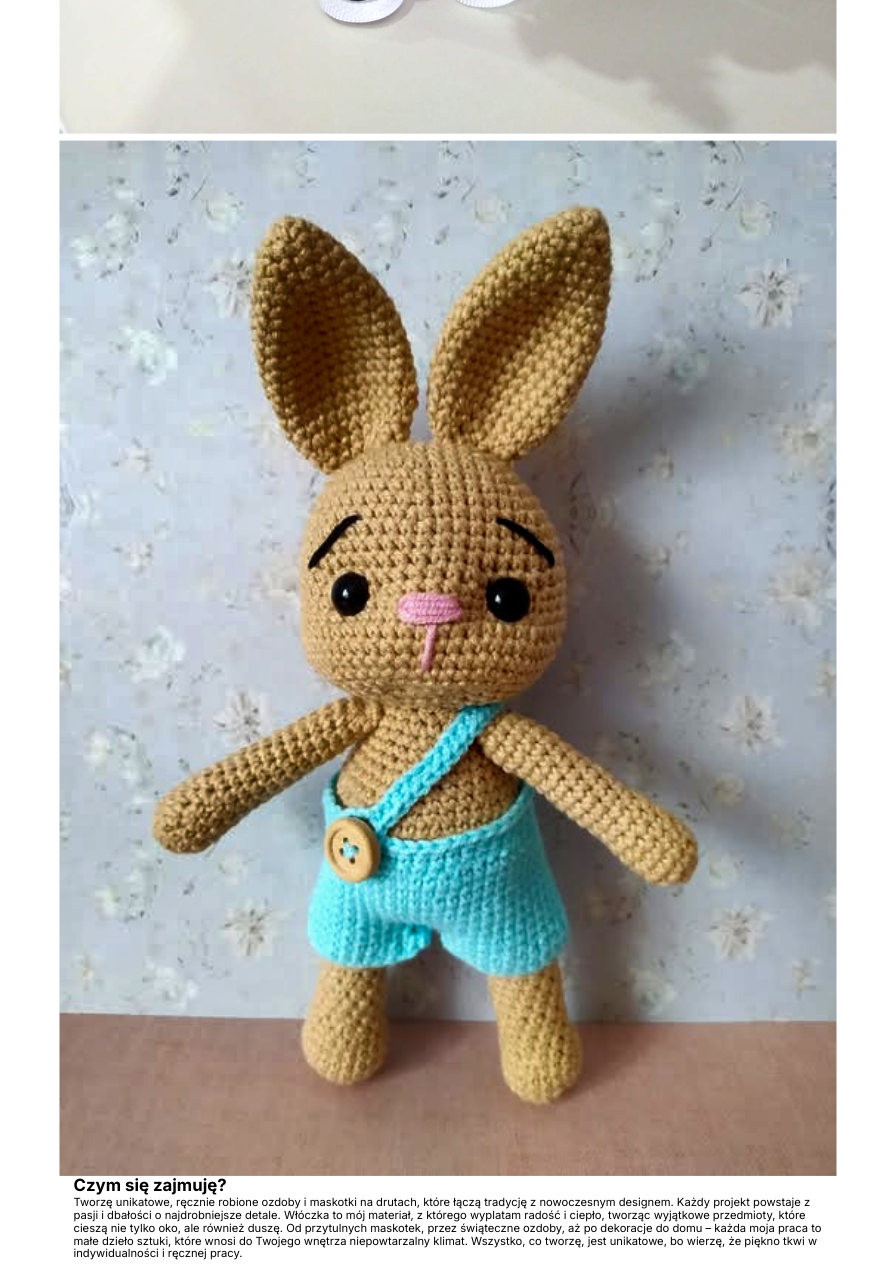
Repository: KlaudiaK0205/Craftoszet
Page: index.html
These files come from the project's save history. The page is drawn as it stood at one moment and after the next save; the edit follows.
The browser window is 1280 px wide. The pictures show the part of the page from y = 2337 to 4257 px (the page is 4157 px tall before and 4257 px after), at 70% of full size.
Some web libraries are served in a nearby version. The style sheet was rebuilt from its Sass, Less or Tailwind sources for each picture, by a compiler version that may differ from the author's.

Above is the page before, as saved 2024-10-06 12:38:08.

### index.html
<!DOCTYPE html>
<html lang="en">
<head>
    <meta charset="UTF-8">
    <meta name="viewport" content="width=device-width, initial-scale=1.0">
    <title>Craftoszet</title>
    <!-- FAVICON -->
    <link rel="icon" href="./images/favicon.ico" type="image/x-icon">
    <link rel="icon" siezes="16x16" href="./images/favicon-16x16.png" type="image/png">
    <link rel="icon" siezes="32x32" href="./images/favicon-32x32.png" type="image/png">
    <!-- GOOGLE FONTS -->
    <link rel="preconnect" href="https://fonts.googleapis.com">
    <link rel="preconnect" href="https://fonts.gstatic.com" crossorigin>
    <link href="https://fonts.googleapis.com/css2?family=Inter:ital,opsz,wght@0,14..32,100..900;1,14..32,100..900&family=Sacramento&display=swap" rel="stylesheet">
    <!-- MODERN NORMALIZE -->
    <link rel="stylesheet" href="https://cdn.jsdelivr.net/npm/modern-normalize@3.0.1/modern-normalize.min.css">
    <!-- ANIMATE-->
    <link rel="stylesheet" href="https://cdnjs.cloudflare.com/ajax/libs/animate.css/4.1.1/animate.min.css"/>
    <!-- STYLES -->
    <link rel="stylesheet" href="./sass/main.css">
</head>
<body>
    <header>
        <div class="container">
            <div class="logo-box">
                <img class="logo-image" src="./images/logo.png" alt="a ball of wool">
            </div>
            <nav class="nav">
                <ul class="nav__list">
                    <li class="nav__list__item">
                        <a href="" class="nav__list__link">Home</a>
                    </li>
                    <li class="nav__list__item">
                        <a href="" class="nav__list__link">Czym się zajmuję?</a>
                    </li>
                    <li class="nav__list__item">
                        <a href="" class="nav__list__link">Jak zamówić?</a>
                    </li>
                    <li class="nav__list__item">
                        <a href="" class="nav__list__link">Moje projekty</a>
                    </li>
                </ul>
            </nav>

            <button class="orderBtn" type="button">Złóż zamówienie</button>
        </div>
    </header>

    <main>
        <section class="hero">
            <div class="container">
                <h1 class="hero__header">CRAFTOSZET</h1>
                <p class="hero__undertitle">Z pasji do włóczki – ręcznie tworzone z sercem</p>
                <button class="orderBtn" type="button">Złóż zamówienie</button>
            </div>
        </section>

        <section class="whatIDo">
            <div class="container">
                <div class="whatIDo-images">
                    <img class="whatIDo-image" src="./images/projekty/fioletowa lalka.jpg" alt="fioletowa lalka z włóczki">
                    <img class="whatIDo-image" src="./images/projekty/króliczek.jpg" alt="króliczek w niebieskich spodenkach z włóczki">
                </div>
                <div class="whatIDo-description">
                    <h2 class="section-header">Czym się zajmuję?</h2>
                    <p class="section-text">Tworzę unikatowe, ręcznie robione ozdoby i maskotki na drutach, które łączą tradycję z nowoczesnym designem. Każdy projekt powstaje z pasji i dbałości o najdrobniejsze detale. Włóczka to mój materiał, z którego wyplatam radość i ciepło, tworząc wyjątkowe przedmioty, które cieszą nie tylko oko, ale również duszę. Od przytulnych maskotek, przez świąteczne ozdoby, aż po dekoracje do domu – każda moja praca to małe dzieło sztuki, które wnosi do Twojego wnętrza niepowtarzalny klimat. Wszystko, co tworzę, jest unikatowe, bo wierzę, że piękno tkwi w indywidualności i ręcznej pracy.</p>
                </div>
            </div>
        </section>
    </main>
    <footer></footer>
</body>
</html>

### sass/main.scss
@import './base/common';
@import './base/container';

@import './components/animations';
@import './components/logo';
@import './components/orderBtn';

@import './layout/header';
@import './layout/hero';
@import './layout/whatIDo';

@import './utils/variables';

### sass/base/_common.scss
body {
    font-family: var(--main-font);
    // font-weight: 500;
    margin: 0;
    padding: 0;
}

h1,
h2,
h3,
h4,
h5,
h6 {
    margin: 0;
    padding: 0;
}

ul,
ol,
li {
    margin: 0;
    padding: 0;
    list-style: none;
}

a {
    text-decoration: none;
}

p {
    margin: 0;
    padding: 0;
}

img {
    display: block;
    max-width: 100%;
    height: auto;
}

button {
    cursor: pointer;
}

.list {
    list-style: none;
}

.link {
    text-decoration: none;
}

### sass/base/_container.scss
.container {
    width: 100%;
    max-width: 1200px; /* Maksymalna szerokość dla dużych ekranów */
    margin: 0 auto;
    padding: 0 15px;
}

/* Urządzenia mobilne (do 576px szerokości) */
@media (max-width: 576px) {
    .container {
        max-width: 100%; /* Na małych ekranach szerokość 100% */
        padding: 0 10px;  /* Mniejszy padding na telefonach */
    }
}

/* Tablety (do 768px szerokości) */
@media (max-width: 768px) {
    .container {
        max-width: 720px; /* Dostosowanie dla tabletów */
    }
}

/* Średnie ekrany (do 992px szerokości) */
@media (max-width: 992px) {
    .container {
        max-width: 960px; /* Dostosowanie dla większych tabletów i mniejszych laptopów */
    }
}

/* Duże ekrany (od 1200px szerokości) */
@media (min-width: 1200px) {
    .container {
        max-width: 1140px; /* Ustawienia dla monitorów */
    }
}

### sass/components/_logo.scss
.logo-image {
    width: 150px;
    height: 100px;
    animation: wobble-hor-bottom 10s infinite both;
}

//animations
@keyframes wobble-hor-bottom {
    0%,
    100% {
        transform: translateX(0%);
        transform-origin: 50% 50%;
    }
    15% {
        transform: translateX(-30px) rotate(-6deg);
    }
    30% {
        transform: translateX(15px) rotate(6deg);
    }
    45% {
        transform: translateX(-15px) rotate(-3.6deg);
    }
    60% {
        transform: translateX(9px) rotate(2.4deg);
    }
    75% {
        transform: translateX(-6px) rotate(-1.2deg);
    }
}

### sass/components/_orderBtn.scss
.orderBtn {
    font-size: 20px;
    color: var(--mainColor);
    background-color: var(--brandColor);
    border: none;
    border-radius: 25px;
    margin-left: auto;
    padding: 15px 25px;

    &:hover,
    :focus {
        animation: scale-up-center 0.5s cubic-bezier(0.390, 0.575, 0.565, 1.000) both;
    }
}

//animations
@keyframes scale-up-center {
    0% {
        transform: scale(1);
    }
    100% {
        transform: scale(1.2);
    }
}

### sass/layout/_header.scss
header {
    background-color: var(--bgColor);
    padding: 20px 0;
}

header .container {
    display: flex;
    align-items: center;
}

.logo-box {
    margin-right: 70px;
}

.nav__list {
    display: flex;
}

.nav__list__item {
    font-size: 20px;

    &:not(:last-child) {
        margin-right: 1.5vw;
    }
}

.nav__list__link {
    color: #ECEBEB;
    transition: cubic-bezier(0.4, 0, 0.2, 1) 500ms;

    &:hover,
    :focus {
        color: var(--brandColor);
    }
}

header .orderBtn {
    margin-left: auto;
}

### sass/layout/_hero.scss
.hero {
    background-image: linear-gradient(
        rgba(47, 48, 58, 0.4),
        rgba(47, 48, 58, 0.4)),
        url(/images/bg.jpg);
    background-repeat: no-repeat;
    background-size: contain;
    background-position: center;
    min-height: 80vh;
    text-align: center;
    padding: 350px 0 200px;
}

.hero .container {
}

.hero__header {
    font-size: 70px;
    font-weight: 800;
    padding-bottom: 40px;
    color: var(--mainColor);
    letter-spacing: 0.2em;
}

.hero__undertitle {
    font-family: var(--decorative-font);
    font-size: 56px;
    font-weight: 500;
    color: var(--mainColor);
    letter-spacing: 0.1em;
    padding-bottom: 100px;
}

.hero .orderBtn {
    display: flex;
    margin-left: auto;
    margin-right: auto;
}

### sass/layout/_whatIDo.scss
.whatIDo {
    display: flex;
    align-items: center; /* Wyrównuje elementy w pionie */
    padding: 20px; /* Przykładowy padding */
}

.whatIDo-images {
    flex: 1; /* Obrazki zajmują 1 część dostępnej przestrzeni */
    display: flex; /* Flexbox dla obrazków */
    flex-direction: column; /* Układ pionowy dla obrazków */
    gap: 10px; /* Odstęp między obrazkami */
}

.whatIDo-image {
    max-width: 100%; /* Zapewnia, że obrazy są responsywne */
    height: auto; /* Utrzymuje proporcje obrazków */
}

.whatIDo-description {
    flex: 1; /* Tekst zajmuje 1 część dostępnej przestrzeni */
    padding-left: 20px; /* Odstęp od obrazków */
}

.section-header {
}

.section-text {
}

### sass/utils/_variables.scss
:root {
    --main-font: 'Inter' , sans-serif;
    --decorative-font: 'Sacramento', sans-serif;
    --mainColor: #E2DDD9;
    --circleColor: #FFA5BA;
    --brandColor: #3B0146;
    --bgColor: #D8C8B8;
    --hoverBuyBtn: #ECEBEB;
}

// A8a39d
//f8f1e9
//#8D7966

Loaded but not shown: sass/components/_animations.scss (no stored copy; drawn as an empty file)

After the next save:
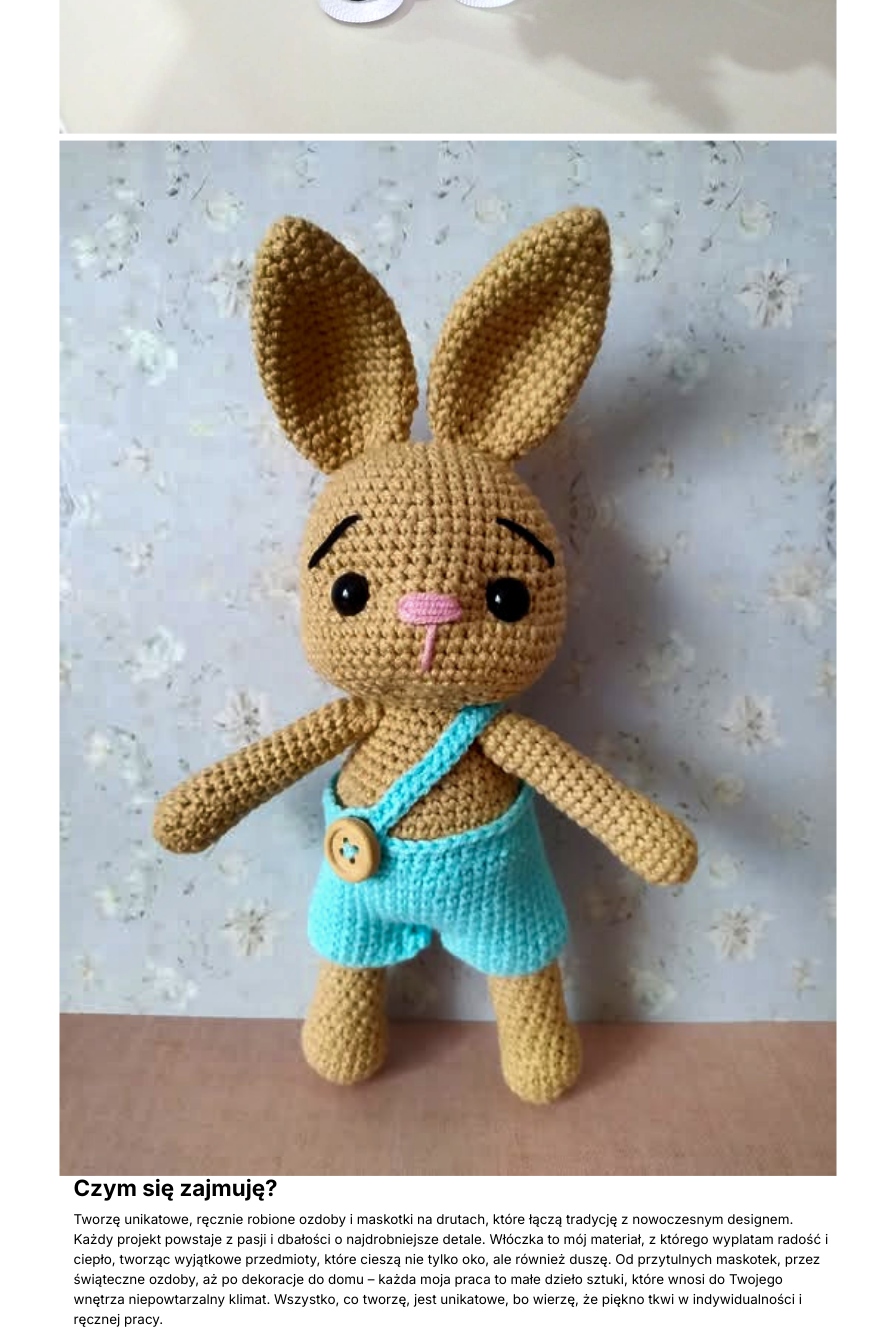
Saved 22 s later.
--- a/sass/layout/_whatIDo.scss
+++ b/sass/layout/_whatIDo.scss
@@ -1,5 +1,5 @@
 .whatIDo {
-    display: flex;
+    display: flex; /* Umożliwia elastyczne rozmieszczanie elementów */
     align-items: center; /* Wyrównuje elementy w pionie */
     padding: 20px; /* Przykładowy padding */
 }
@@ -22,7 +22,11 @@
 }
 
 .section-header {
+    font-size: 2em; /* Przykładowy rozmiar czcionki dla nagłówka */
+    margin-bottom: 10px; /* Odstęp dolny */
 }
 
 .section-text {
+    font-size: 1.2em; /* Przykładowy rozmiar czcionki dla tekstu */
+    line-height: 1.5; /* Wysokość linii dla lepszej czytelności */
 }
